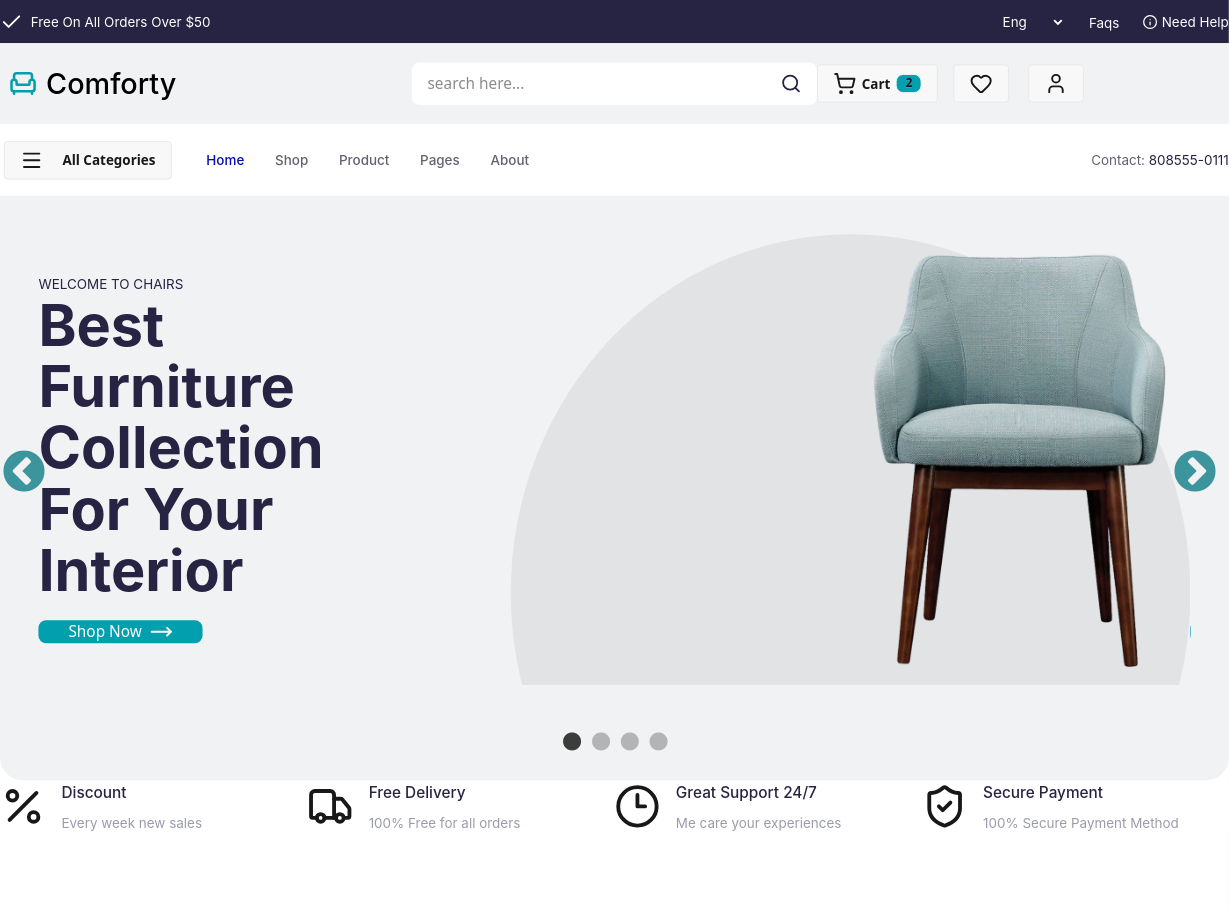
Repository: Neda0o0/store-template-website
Page: /
The author's editor kept a copy of each file at every save. The page is drawn from the files as they stood at one save, then again after the next save.
The browser window is 1280 px wide. The pictures show the whole page, at 96% of full size.
The project was rebuilt for these pictures with package versions that can differ from the ones it lists, and the page was loaded fresh each time. Also part of the build but not shown: vite.config.js, src/Pages/Auth/Auth.jsx, src/Pages/Auth/Login/Login.jsx, src/Pages/Auth/Register/Register.jsx, src/Pages/Error/Error.jsx, src/AuthCheck/AuthCheck.jsx.

Above is the page before, as saved 2025-10-25 10:32:34.

### index.html
<!DOCTYPE html>
<html lang="en">
  <head>
    <meta charset="UTF-8" />
    <link rel="icon" type="image/svg+xml" href="/vite.svg" />
    <meta name="viewport" content="width=device-width, initial-scale=1.0" />
    <title>new-project</title>
  </head>
  <body>
    <div id="root"></div>
    <script type="module" src="/src/main.jsx"></script>
  </body>
</html>

### src/main.jsx
import { StrictMode } from "react";
import { createRoot } from "react-dom/client";
import MainLayout from "./MainLayout/MainLayout";
import "./index.css";

createRoot(document.getElementById("root")).render(
  <StrictMode>
    <MainLayout />
  </StrictMode>
);

### src/MainLayout/MainLayout.jsx
import { BrowserRouter, Route, Routes } from "react-router";
import Navbar from "../components/Navbar/Navbar";
import Home from "../Pages/Home/Home";
import Auth from "../Pages/Auth/Auth";
import Login from "../Pages/Auth/Login/Login";
import Register from "../Pages/Auth/Register/Register";
import Error from "../Pages/Error/Error";
import AuthCheck from "../AuthCheck/AuthCheck";

const MainLayout = () => {
  return (
    <BrowserRouter>
      {/* Navbar */}
      <Navbar />
      <Routes>
        <Route
          path="/"
          element={
            <AuthCheck>
              <Home />
            </AuthCheck>
          }
        />
        <Route path="auth" element={<Auth />}>
          <Route path="login" element={<Login />} />
          <Route path="register" element={<Register />} />
        </Route>
        {/* not found routes */}
        <Route path="*" element={<Error />} />
      </Routes>
    </BrowserRouter>
  );
};
export default MainLayout;

### src/index.css
@import "tailwindcss";
@plugin "daisyui";

/* google font inter */
@import url("https://fonts.googleapis.com/css2?family=Inter:ital,opsz,wght@0,14..32,100..900;1,14..32,100..900&display=swap");

@theme {
  --font-inter: "Inter", sans-serif;
}

.banner_slide_item {
  display: flex !important;
  justify-content: space-between;
  align-items: center;
  gap: 7.5rem;
}

.banner_image {
  position: relative;
}
.banner_image::before {
  content: "";
  position: absolute;
  top: 0;
  right: 0;
  max-width: 747px;
  width: 100%;
  min-height: 747px;
  height: 100%;
  background-color: #e1e3e5;
  border-radius: 100%;
  z-index: -1;
}
.slick-prev,
.slick-next {
  z-index: 5 !important;
}
.slick-prev {
  left: -40px;
}
.slick-next {
  right: 0.25px;
}
.slick-prev:before,
.slick-next:before {
  font-family: "slick";
  font-size: 50px !important;
  line-height: 1;
  opacity: 0.75;
  color: #007580 !important;
  -webkit-font-smoothing: antialiased;
  -moz-osx-font-smoothing: grayscale;
}
.slick-dots {
  position: absolute;
  bottom: -70px !important;
  display: block;
  width: 100%;
  padding: 0;
  margin: 0;
  list-style: none;
  text-align: center;
}
.slick-dots li button:before {
  font-family: "slick";
  font-size: 22px !important;
  line-height: 20px;
  position: absolute;
  top: 0;
  left: 0;
  width: 20px;
  height: 20px;
  text-align: center;
  opacity: 0.25;
  color: black;
  -webkit-font-smoothing: antialiased;
  -moz-osx-font-smoothing: grayscale;
}

### src/components/Navbar/Navbar.jsx
import {
  Armchair,
  Check,
  Info,
  Search,
  ShoppingCart,
  Heart,
  User,
  Menu,
} from "lucide-react";
import { Link, NavLink } from "react-router-dom";

const Navbar = () => {
  return (
    <div>
      {/* navbar top */}
      <div className="navbar_top flex items-center justify-center bg-[#272343] w-full h-[45px]">
        <div className="lg:container flex justify-between items-center">
          <p className="flex items-center gap-2 text-sm font-inter font-normal text-white capitalize">
            <Check />
            Free on all orders over $50
          </p>
          <div className="navbar_top_right flex items-center gap-6">
            <select
              defaultValue="Server location"
              className=" bg-none h-[30px] w-[70px] text-sm font-inter font-normal capitalize text-white"
            >
              <option>Eng</option>
              <option>Farsi</option>
            </select>
            <button>
              <Link className="text-sm text-white font-inter font-normal capitalize ">
                Faqs
              </Link>
            </button>
            <button>
              <Link className="flex items-center gap-1 text-sm  text-white font-inter font-normal capitalize">
                <Info size={16} />
                Need help
              </Link>
            </button>
          </div>
        </div>
      </div>
      {/* navbar middle */}
      <div className="navbar middle flex items-center justify-center bg-[#f0f2f3] w-full h-[84px]">
        <div className="lg:container grid grid-cols-3 items-center">
          <div className="logo_wrapper">
            <Link
              to="/"
              className="text-3xl text-black font-inter font-medium capitalize flex items-center gap-2"
            >
              <Armchair size="2rem" color="#029fae" /> Comforty
            </Link>
          </div>
          <div className="search_box">
            <form action="#" className="max-w-[443px] h-[44px] relative">
              <input
                type="text"
                placeholder="search here..."
                className=" max-w-[443px] w-full h-full bg-white rounded-lg pl-4 "
              />
              <button className="absolute to-50% right-4 translate-y-1/2">
                <Search size="22px" color="#272343" />
              </button>
            </form>
          </div>
          {/* navbar middle right */}
          <div className="navbar_middle_right flex items-center gap-4">
            <button className="btn capitalize">
              <ShoppingCart /> cart
              <div className="badge badge-sm bg-[#029fae]">2</div>
            </button>
            <button className="btn capitalize">
              <Heart />
            </button>

            <div className="dropdown">
              <div tabIndex={0} role="button" className="btn m-1">
                <User />
              </div>
              <ul
                tabIndex="-1"
                className="dropdown-content menu bg-base-100 rounded-box z-1 w-52 p-2 shadow-sm"
              >
                <li>
                  <Link>Account</Link>
                </li>
                <li>
                  <Link>Logout</Link>
                </li>
              </ul>
            </div>
          </div>
        </div>
      </div>

      {/* navbar bottom */}
      <div className="navbar_bottom flex items-center justify-center w-full h-[75px] bg-white border-[#ele3e5]">
        <div className="lg:container flex items-center justify-between">
          <div className="navbar_bottom_left flex items-center gap-8">
            <div className="dropdown dropdown-start">
              <div
                tabIndex={0}
                role="button"
                className="btn m-1 flex items-center gap-5 capitalize"
              >
                <Menu /> all categories
              </div>
              <ul
                tabIndex="-1"
                className="dropdown-content menu bg-base-100 rounded-box z-1 w-52 p-2 shadow-sm"
              >
                <li>
                  <a>Chair</a>
                </li>
                <li>
                  <a>Pant</a>
                </li>
                <li>
                  <a>Shirt</a>
                </li>
                <li>
                  <a>T-shirt</a>
                </li>
              </ul>
            </div>
            <nav className="flex items-center gap-8">
              <NavLink
                to="/"
                className="text-sm text-[#020fae] font-inter font-medium capitalize"
              >
                Home
              </NavLink>
              <NavLink className="text-sm text-[#636270] font-inter font-medium capitalize">
                shop
              </NavLink>
              <NavLink className="text-sm text-[#636270] font-inter font-medium capitalize">
                product
              </NavLink>
              <NavLink className="text-sm text-[#636270] font-inter font-medium capitalize">
                pages
              </NavLink>
              <NavLink className="text-sm text-[#636270] font-inter font-medium capitalize">
                about
              </NavLink>
            </nav>
          </div>

          <div className="navbar_bottom_right">
            <p className="text-sm text-[#636270] font-inter font-normal capitalize">
              contact: <span className="text-[#272343]">{808}555-0111</span>
            </p>
          </div>
        </div>
      </div>
    </div>
  );
};
export default Navbar;

### src/Pages/Home/Home.jsx
import Banner from "../../components/Banner/Banner";
import Delivery from "../../components/Delivery/Delivery";
const Home = () => {
  return (
    <div>
      {/* banner component */}
      <div className="w-full rounded-b-3xl bg-[#f0f2f3] min-h-[85px] flex items-center justify-center ">
        <Banner></Banner>
      </div>
      {/* delivery component */}
      <div className=" mb-20 w-full min-h[#150px] bg-white ">
        <Delivery></Delivery>
      </div>
    </div>
  );
};
export default Home;

### src/components/Banner/Banner.jsx
import "slick-carousel/slick/slick.css";
import "slick-carousel/slick/slick-theme.css";
import Slider from "react-slick";
import { MoveRight } from "lucide-react";

const Banner = () => {
  const products = [
    {
      id: 1,
      title: "Best Furniture collection for your interior ",
      subTitle: "welcome to chairs",
      image: "/src/assets/Banner/banner_image.png",
    },
    {
      id: 2,
      title: "Best Furniture collection for your interior ",
      subTitle: "welcome to chairs",
      image: "/src/assets/Banner/banner_image.png",
    },
    {
      id: 3,
      title: "Best Furniture collection for your interior ",
      subTitle: "welcome to chairs",
      image: "/src/assets/Banner/banner_image.png",
    },
    {
      id: 4,
      title: "Best Furniture collection for your interior ",
      subTitle: "welcome to chairs",
      image: "/src/assets/Banner/banner_image.png",
    },
  ];
  const settings = {
    dots: true,
    infinite: true,
    speed: 500,
    slidesToShow: 1,
    slidesToScroll: 1,
  };
  return (
    <div className="lg:container w-full p-10 mb-15">
      <div className="slider-container w-full h-full">
        <Slider {...settings}>
          {products?.map((product) => (
            <div key={product?.id} className="banner_slide_item">
              {/* banner text */}
              <div className="banner_text">
                <p className="text-sm font-inter font-normal text-[#272343] uppercase">
                  {product?.subTitle}
                </p>
                <h3 className="text-6xl text-[#272343] font-inter capitalize leading-16 max-w-[631px] w-full font-bold mb-5">
                  {product?.title}
                </h3>
                <button className="max-w-[171px] w-full flex items-center justify-center gap-2 h-[52] bg-[#029fae] rounded-lg cursor-pointer text-white capitalize">
                  shop now <MoveRight />
                </button>
              </div>

              {/* banner image */}
              <div className="banner_image w-full h-full flex items-center justify-end">
                <img
                  className="w-[50%]"
                  src={product?.image}
                  alt={product?.title}
                />
              </div>
            </div>
          ))}
        </Slider>
      </div>
    </div>
  );
};
export default Banner;

### src/components/Delivery/Delivery.jsx
import { Percent, Truck, Clock3, ShieldCheck } from "lucide-react";

const Delivery = () => {
  return (
    <div className="lg:container mx-auto">
      <div className="grid grid-cols-4">
        <div className="delivery_wrapper">
          <div className="flex items-center gap-4">
            <p>
              <Percent size="3rem" />
            </p>
            <div>
              <h4 className="text-base text-[#272343] mb-2.5 font-medium font-inter capitalize">
                Discount
              </h4>
              <p className="text-sm text-[#9a9caa] font-inter font-normal">
                Every week new sales
              </p>
            </div>
          </div>
        </div>
        <div className="delivery_wrapper">
          <div className="flex items-center gap-4">
            <p>
              <Truck size="3rem" />
            </p>
            <div>
              <h4 className="text-base text-[#272343] mb-2.5 font-medium font-inter capitalize">
                Free Delivery
              </h4>
              <p className="text-sm text-[#9a9caa] font-inter font-normal">
                100% Free for all orders
              </p>
            </div>
          </div>
        </div>
        <div className="delivery_wrapper">
          <div className="flex items-center gap-4">
            <p>
              <Clock3 size="3rem" />
            </p>
            <div>
              <h4 className="text-base text-[#272343] mb-2.5 font-medium font-inter capitalize">
                Great Support 24/7
              </h4>
              <p className="text-sm text-[#9a9caa] font-inter font-normal">
                Me care your experiences
              </p>
            </div>
          </div>
        </div>
        <div className="delivery_wrapper">
          <div className="flex items-center gap-4">
            <p>
              <ShieldCheck size="3rem" />
            </p>
            <div>
              <h4 className="text-base text-[#272343] mb-2.5 font-medium font-inter capitalize">
                Secure Payment
              </h4>
              <p className="text-sm text-[#9a9caa] font-inter font-normal">
                100% Secure Payment Method
              </p>
            </div>
          </div>
        </div>
      </div>
    </div>
  );
};
export default Delivery;

After the next save:
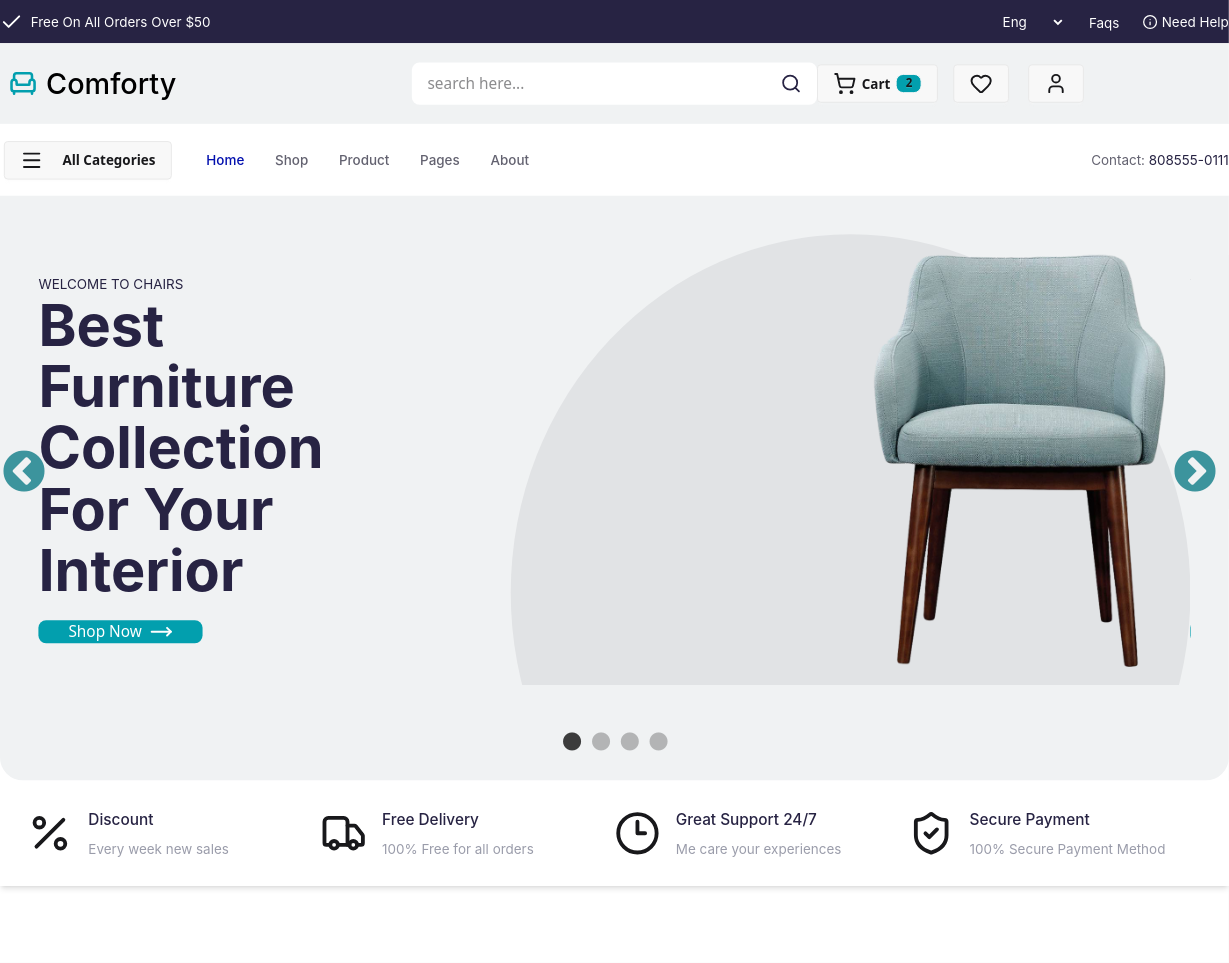
Saved 37 s later.
--- a/src/components/Delivery/Delivery.jsx
+++ b/src/components/Delivery/Delivery.jsx
@@ -2,7 +2,7 @@ import { Percent, Truck, Clock3, ShieldCheck } from "lucide-react";
 
 const Delivery = () => {
   return (
-    <div className="lg:container mx-auto">
+    <div className="lg:container mx-auto shadow-md p-7">
       <div className="grid grid-cols-4">
         <div className="delivery_wrapper">
           <div className="flex items-center gap-4">
